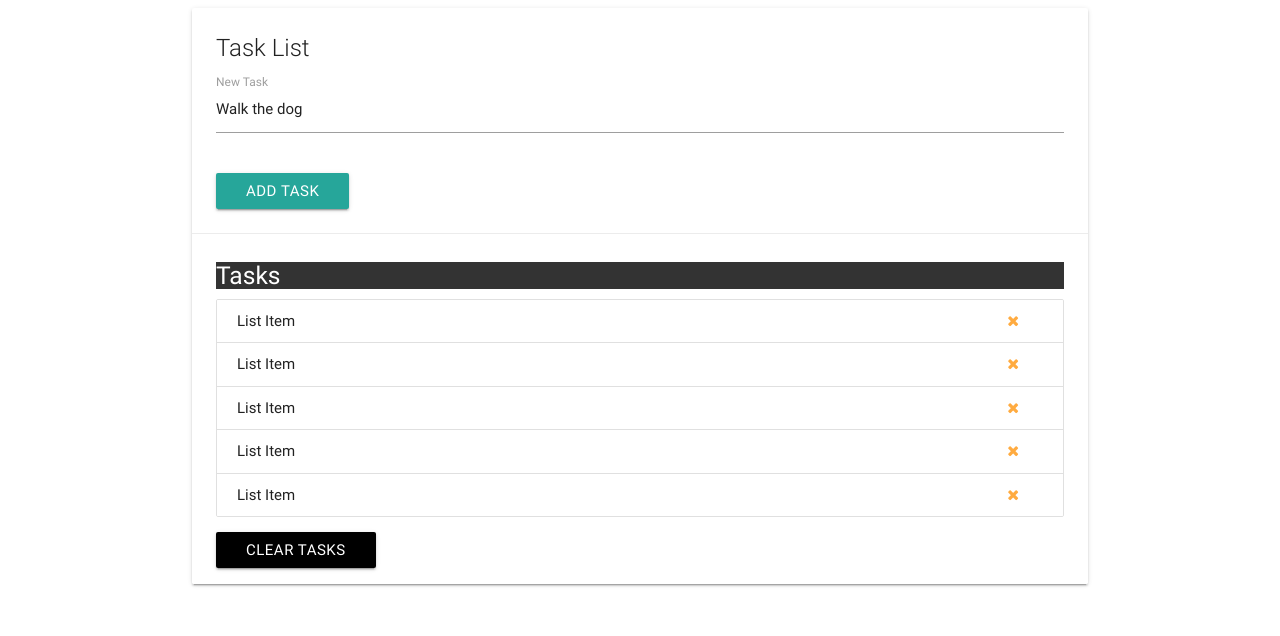
Repository: brianokanga/modern-javascript
Page: Section 3/index.html
The author's editor kept a copy of each file at every save. The page is drawn from the files as they stood at one save, then again after the next save.
The browser window is 1280 px wide. The pictures show the whole page.
Some web libraries are served in a nearby version.

Above is the page before, as saved 2020-04-03 01:55:20.

After the next save:
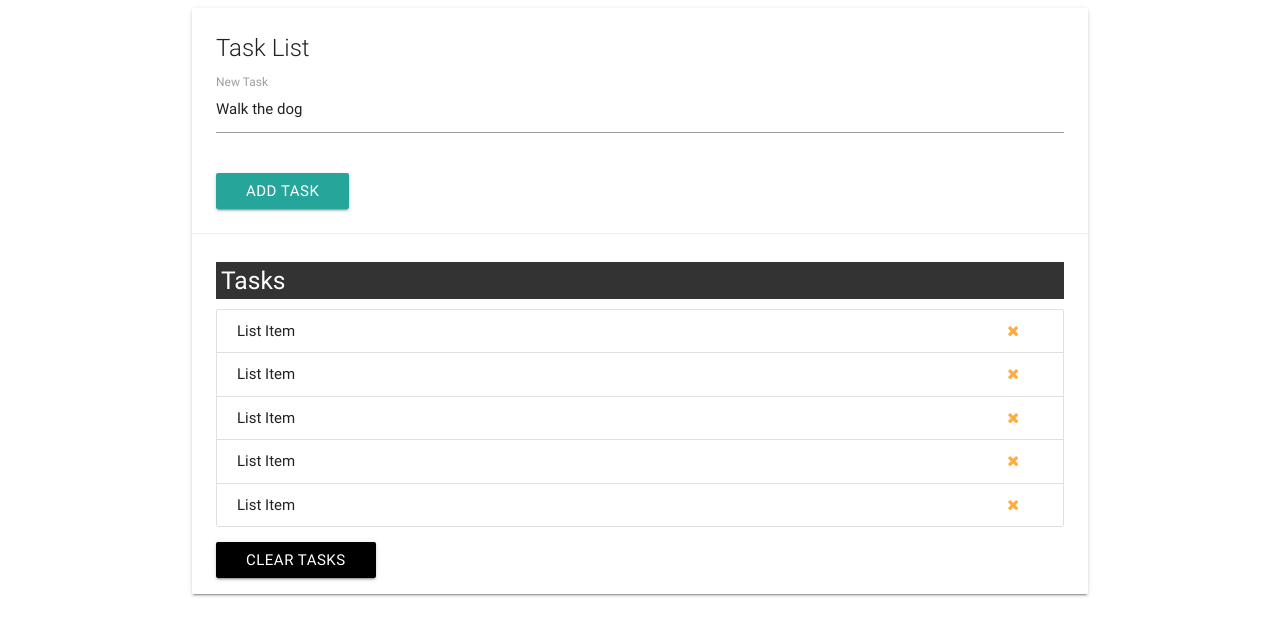
Saved 34 s later.
--- a/Section 3/app.js
+++ b/Section 3/app.js
@@ -48,3 +48,4 @@ console.log(document.getElementById('task-title').className);
 //change styling
 document.getElementById('task-title').style.background = '#333';
 document.getElementById('task-title').style.color = '#fff';
+document.getElementById('task-title').style.padding = '5px';
